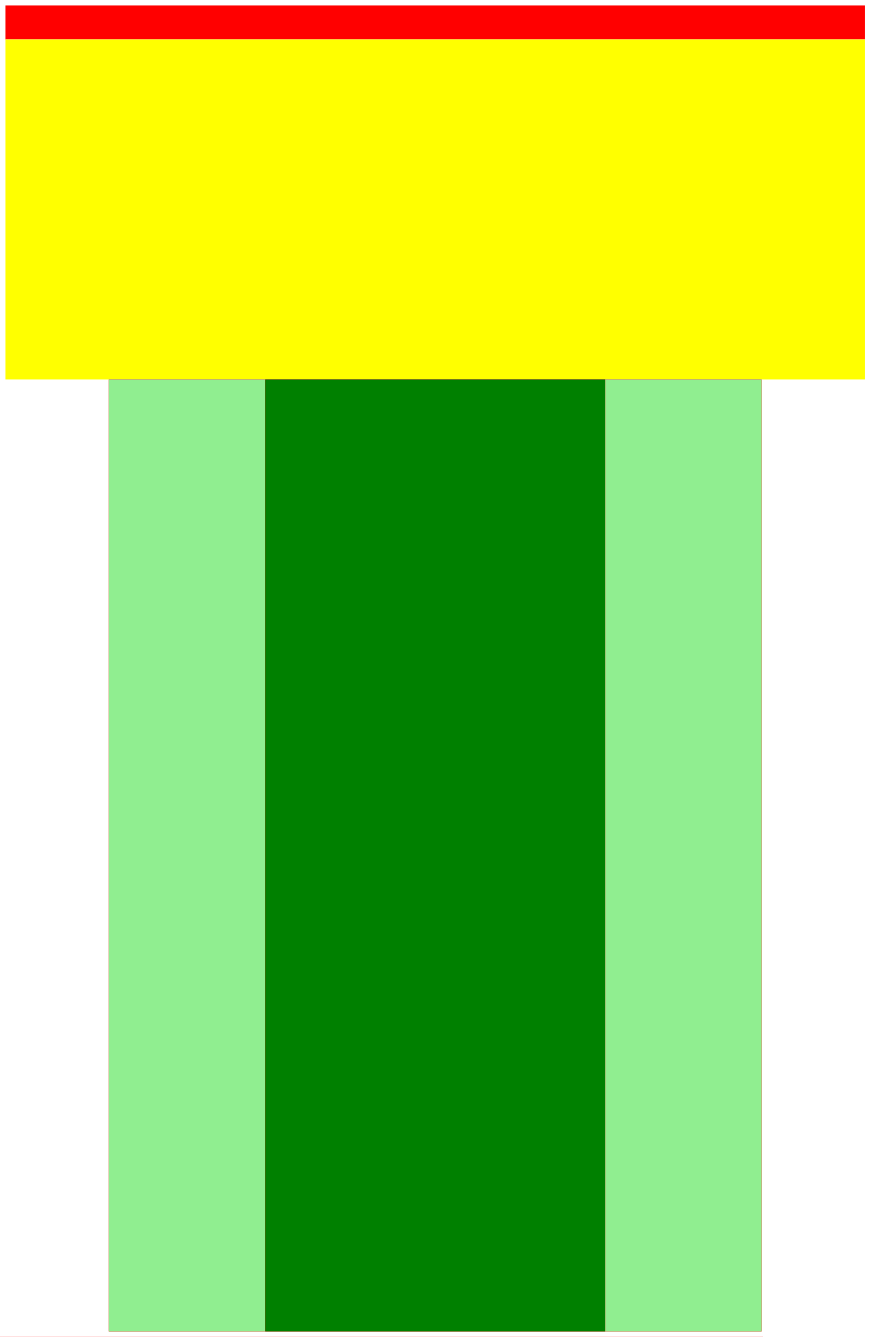
Repository: pureforest/html
Page: chapter4/chapter4.html
The author's editor kept a record of every edit. The page is drawn from the files as they stood at one moment, then again after the next edit.
The browser window is 1280 px wide. The pictures show the whole page, at 68% of full size.

Above is the page before.

### chapter4/chapter4.html
<!DOCTYPE html1>
<html lang="ja">
  <head>

    <meta charest="UTF-8"/>
    <link rel="stylesheet" href="chapter4style.css"/>
    <title>chapter4</title>
    </head>

    <div class="header"></div>

    <div class="main-visual"></div>

    <div class="main">
      <div class="left"></div>
      <div class="central"></div>
      <div class="right"></div>
    </div>

### chapter4/chapter4style.css
.header{
 width: 100%;
 height: 50px;
 background-color: red;
}

.main-visual{
  width: 100%;
 height: 500px;
 background-color: yellow;
}

.main{
  width: 960px;
 height: 1400px;
 background-color: red;
 display: flex;
 justify-content: center;
 margin: 0 auto;
}

.left{
  width: 230px;
 height: 1400px;
 background-color: lightgreen;
}

.central{
  width: 500px;
 height: 1400px;
 background-color: green;
}

.right{
  width: 230px;
 height: 1400px;
 background-color: lightgreen;
}

After the next edit:
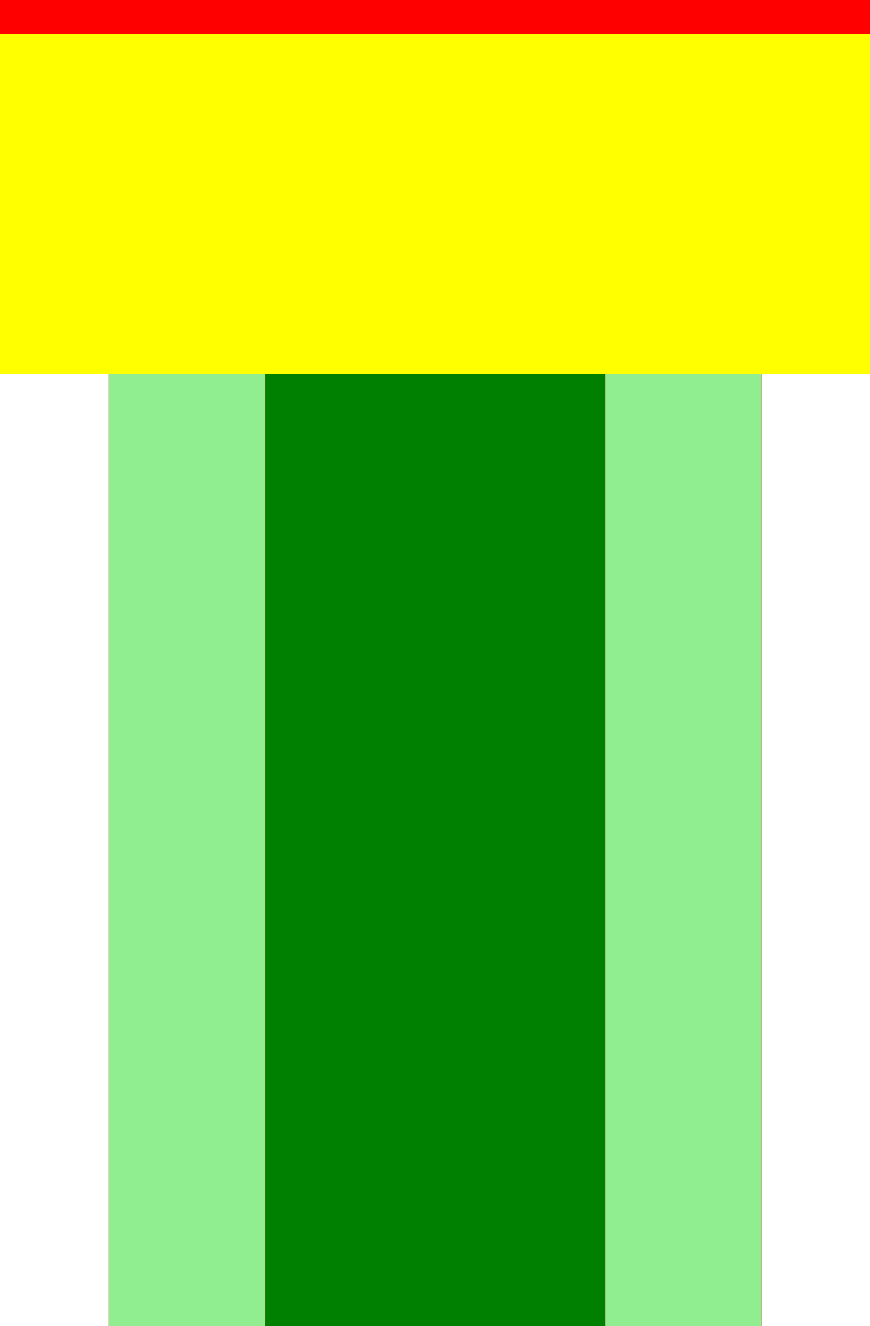
The edit:
--- a/chapter4/chapter4style.css
+++ b/chapter4/chapter4style.css
@@ -1,3 +1,9 @@
+* {
+  margin: 0;
+  padding: 0;
+  box-sizing: border-box;
+}
+
 .header{
  width: 100%;
  height: 50px;
